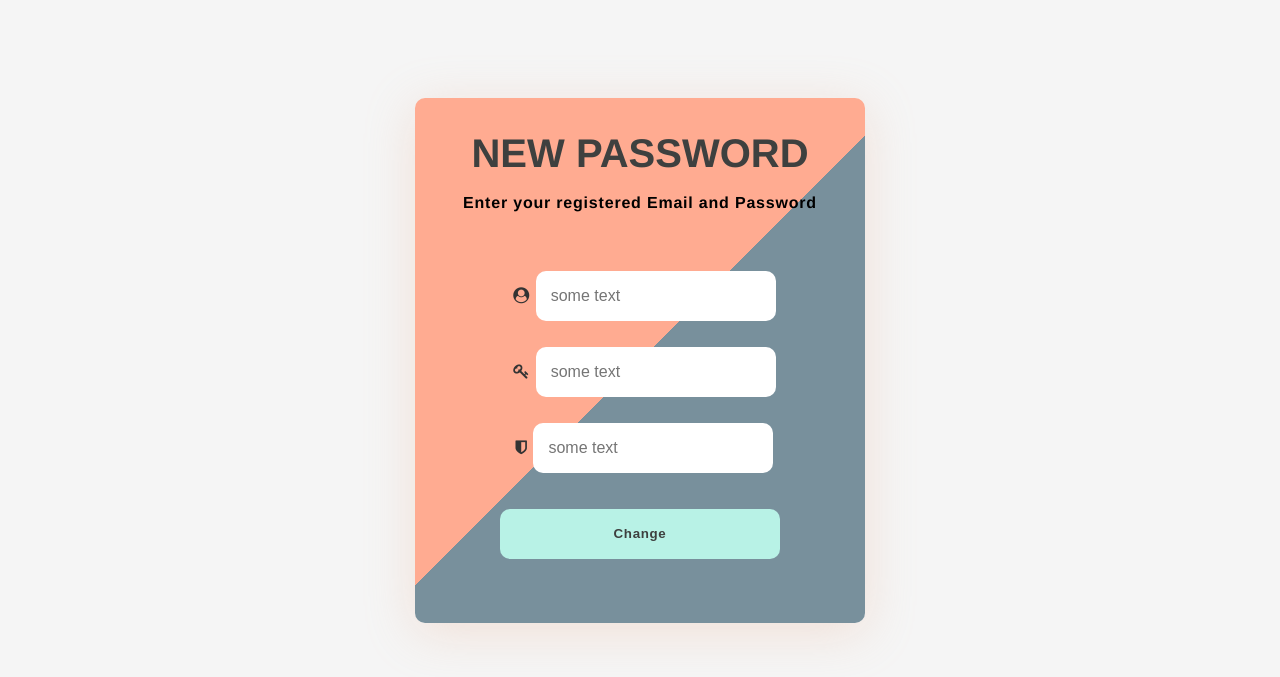
Repository: DhanushPrabha22/Zoho-Mini-Project
Page: http://localhost/ToDo_List/account/forgotPwd.jsp
The author's editor kept a copy of each file at every save. The page is drawn from the files as they stood at one save, then again after the next save.
The browser window is 1280 px wide. The pictures show the whole page.
Some web libraries are served in a nearby version. The page is served by Tomcat 9.

Above is the page before, as saved 2021-03-17 07:19:17.

After the next save:
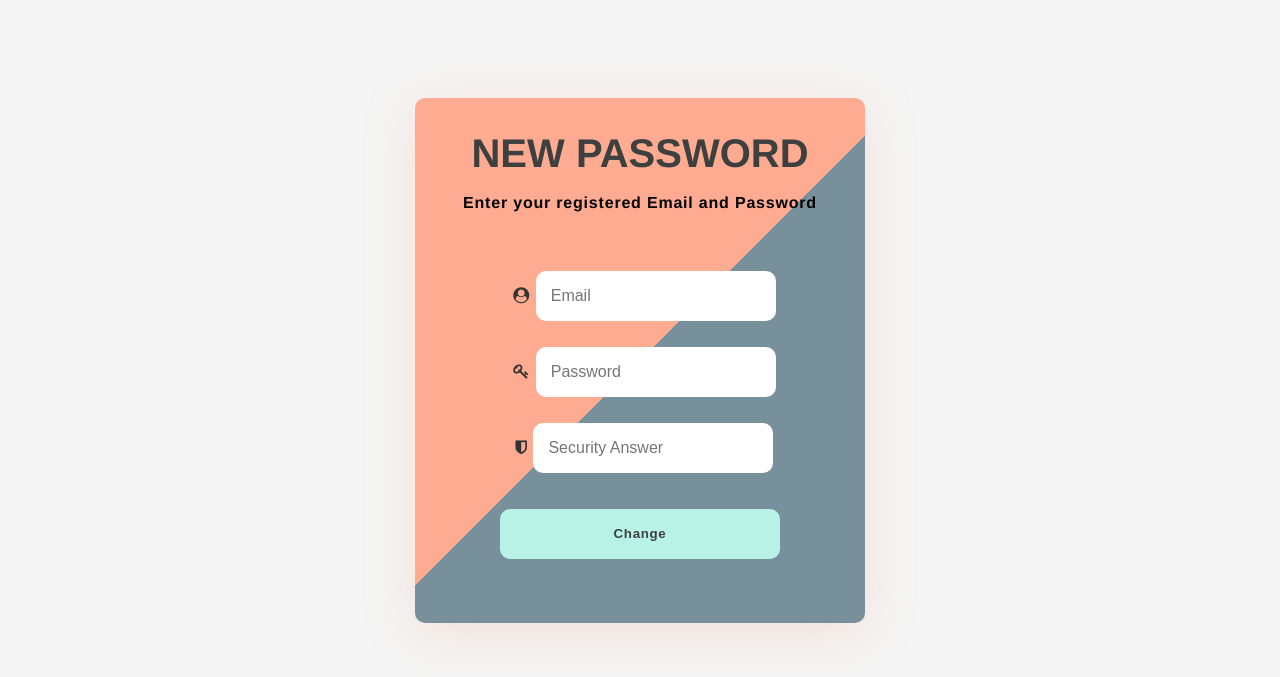
Saved 17 s later.
--- a/Todo Eclipse/ToDo_List/WebContent/scripts/forgotPwd.js
+++ b/Todo Eclipse/ToDo_List/WebContent/scripts/forgotPwd.js
@@ -1,5 +1,5 @@
 $(function() {
-    $("#email").attr("placeholder", "some text");
-    $("#pwd").attr("placeholder", "some text");
-    $("#sec").attr("placeholder", "some text");
+    $("#email").attr("placeholder", "Email");
+    $("#pwd").attr("placeholder", "Password");
+    $("#sec").attr("placeholder", "Security Answer");
 });
